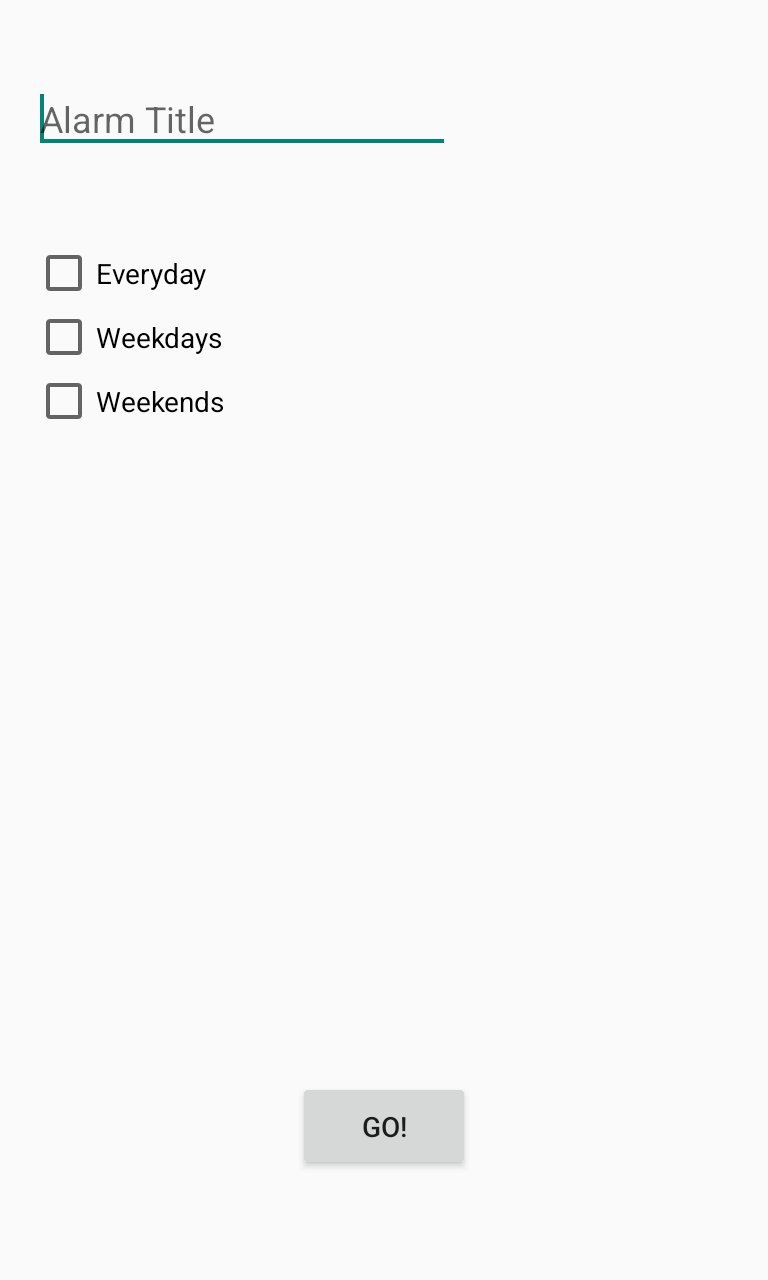
Repository: PaulAlfred/Android_Exercises
Layout: InputControls/res/layout/activity_input_controls.xml
An editor plug-in stored every save of this project. The layout is shown before and after the next save, followed by the edit.
It is drawn on a 768 x 1280 px phone screen (xhdpi) without system bars, with theme AppTheme; the app's code is not run.

Above is the layout before, as saved 2014-10-27 04:12:01.

### InputControls/res/layout/activity_input_controls.xml
<RelativeLayout xmlns:android="http://schemas.android.com/apk/res/android"
    xmlns:tools="http://schemas.android.com/tools"
    android:layout_width="match_parent"
    android:layout_height="match_parent"
    android:paddingBottom="@dimen/activity_vertical_margin"
    android:paddingLeft="@dimen/activity_horizontal_margin"
    android:paddingRight="@dimen/activity_horizontal_margin"
    android:paddingTop="@dimen/activity_vertical_margin"
    tools:context="com.android.developer.inputcontrols.InputControlsActivity" >

    <TextView
        android:id="@+id/textView2"
        android:layout_width="wrap_content"
        android:layout_height="wrap_content" >
    </TextView>

    <EditText
        android:id="@+id/editText1"
        android:layout_width="wrap_content"
        android:layout_height="wrap_content"
        android:layout_alignParentLeft="true"
        android:layout_alignTop="@+id/textView2"
        android:layout_marginTop="21dp"
        android:ems="10"
        android:hint="Alarm Title"
        android:imeOptions="actionSend"
        android:inputType="text" >

        <requestFocus />
    </EditText>

    <CheckBox
        android:id="@+id/checkBox1"
        android:layout_width="wrap_content"
        android:layout_height="wrap_content"
        android:layout_below="@+id/editText1"
        android:layout_marginTop="42dp"
        android:layout_toRightOf="@+id/textView2"
        android:text="Everyday" />

    <Button
        android:id="@+id/button1"
        android:layout_width="wrap_content"
        android:layout_height="wrap_content"
        android:layout_alignParentBottom="true"
        android:layout_centerHorizontal="true"
        android:layout_marginBottom="37dp"
        android:text="@string/go" />

    <CheckBox
        android:id="@+id/checkBox2"
        android:layout_width="wrap_content"
        android:layout_height="wrap_content"
        android:layout_alignLeft="@+id/checkBox1"
        android:layout_below="@+id/checkBox1"
        android:text="Weekdays" />

    <CheckBox
        android:id="@+id/checkBox3"
        android:layout_width="wrap_content"
        android:layout_height="wrap_content"
        android:layout_alignLeft="@+id/checkBox2"
        android:layout_below="@+id/checkBox2"
        android:text="Weekends" />

</RelativeLayout>

### InputControls/res/values/strings.xml
<?xml version="1.0" encoding="utf-8"?>
<resources>

    <string name="app_name">InputControls</string>
    <string name="hello_world">Hello world!</string>
    <string name="action_settings">Settings</string>
	<string name="go">Go!</string>
</resources>

Loaded but not shown: InputControls/res/values/styles.xml (common file); InputControls/res/values-v11/styles.xml (common file); InputControls/res/values-v14/styles.xml (common file); InputControls/res/values/dimens.xml (common file); InputControls/res/values-w820dp/dimens.xml (common file)

After the next save:
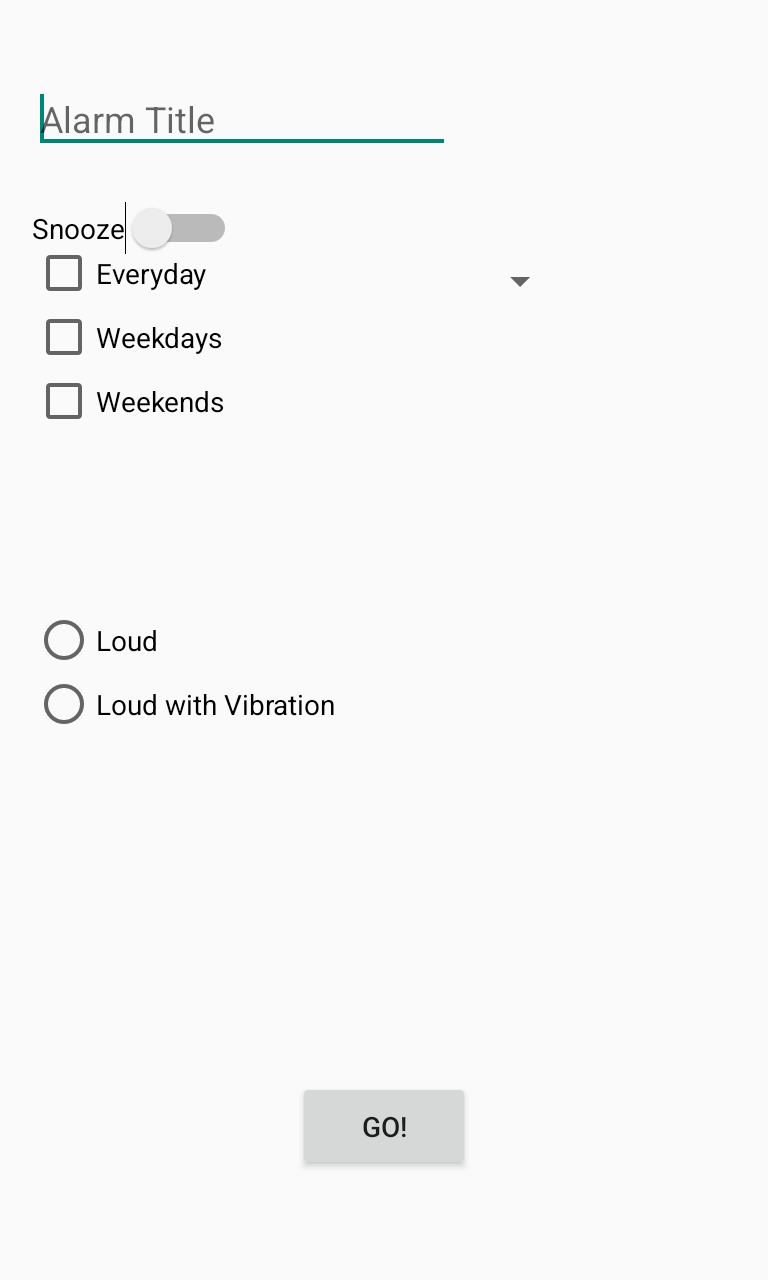
Saved 17 min 27 s later.
--- a/InputControls/res/layout/activity_input_controls.xml
+++ b/InputControls/res/layout/activity_input_controls.xml
@@ -63,4 +63,36 @@
         android:layout_below="@+id/checkBox2"
         android:text="Weekends" />
 
+    <RadioButton
+        android:id="@+id/radioButton1"
+        android:layout_width="wrap_content"
+        android:layout_height="wrap_content"
+        android:layout_alignLeft="@+id/checkBox3"
+        android:layout_centerVertical="true"
+        android:text="Loud" />
+
+    <RadioButton
+        android:id="@+id/radioButton2"
+        android:layout_width="wrap_content"
+        android:layout_height="wrap_content"
+        android:layout_alignLeft="@+id/radioButton1"
+        android:layout_below="@+id/radioButton1"
+        android:text="Loud with Vibration" />
+
+    <Switch
+        android:id="@+id/switch1"
+        android:layout_width="wrap_content"
+        android:layout_height="wrap_content"
+        android:layout_below="@+id/editText1"
+        android:layout_marginTop="22dp"
+        android:layout_toRightOf="@+id/textView2"
+        android:text="Snooze" />
+
+    <Spinner
+        android:id="@+id/spinner1"
+        android:layout_width="wrap_content"
+        android:layout_height="wrap_content"
+        android:layout_above="@+id/checkBox2"
+        android:layout_toRightOf="@+id/button1" />
+
 </RelativeLayout>
